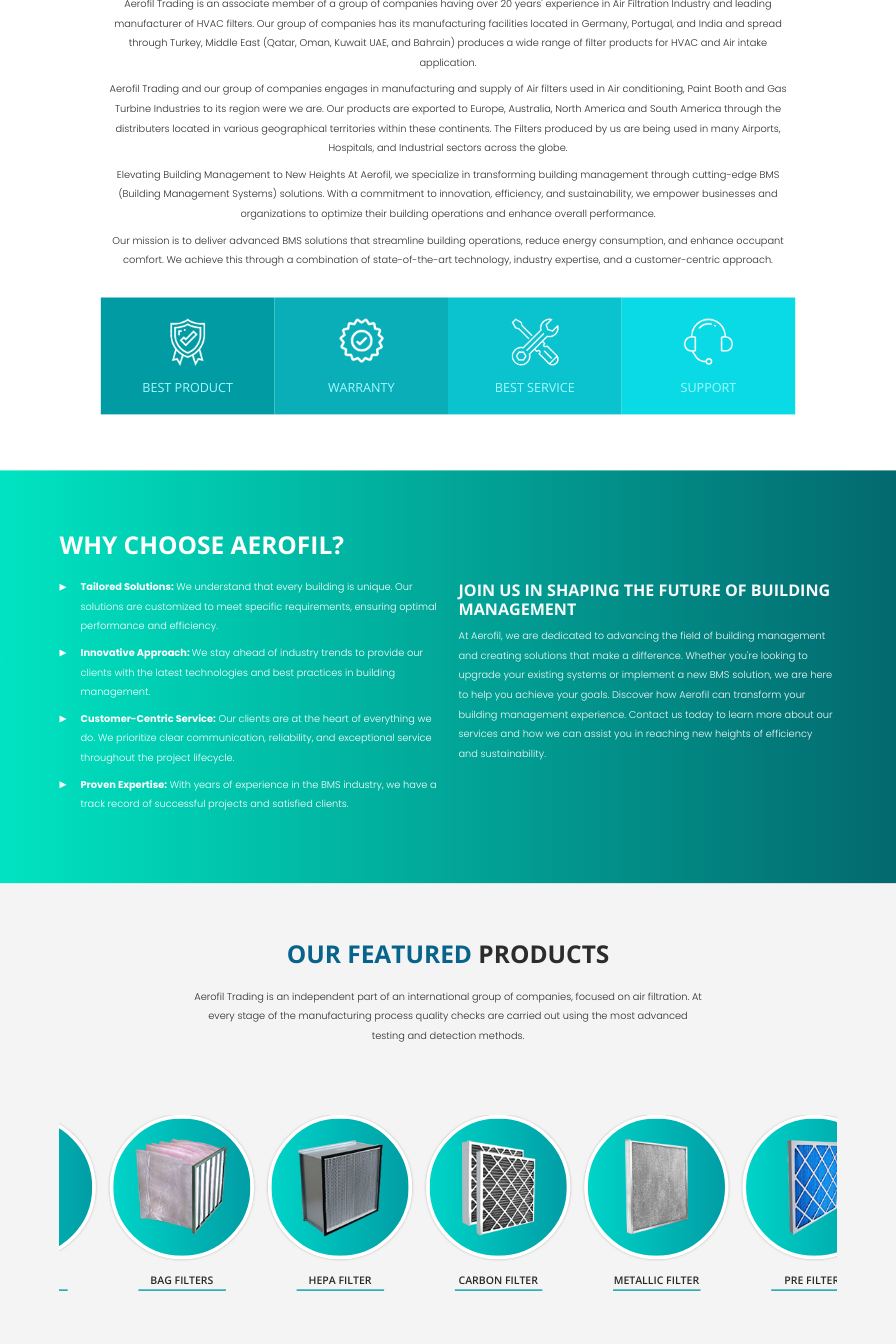
Repository: aslamvrtly/aerofil
Page: index.html
An editor plug-in stored every save of this project. The page is shown before and after a run of saves, followed by the edit.
The browser window is 1280 px wide. The pictures show the part of the page from y = 870 to 2790 px (the page is 5238 px tall), at 70% of full size.

Above is the page before, as saved 2024-09-04 21:10:44.

After the next 2 saves:
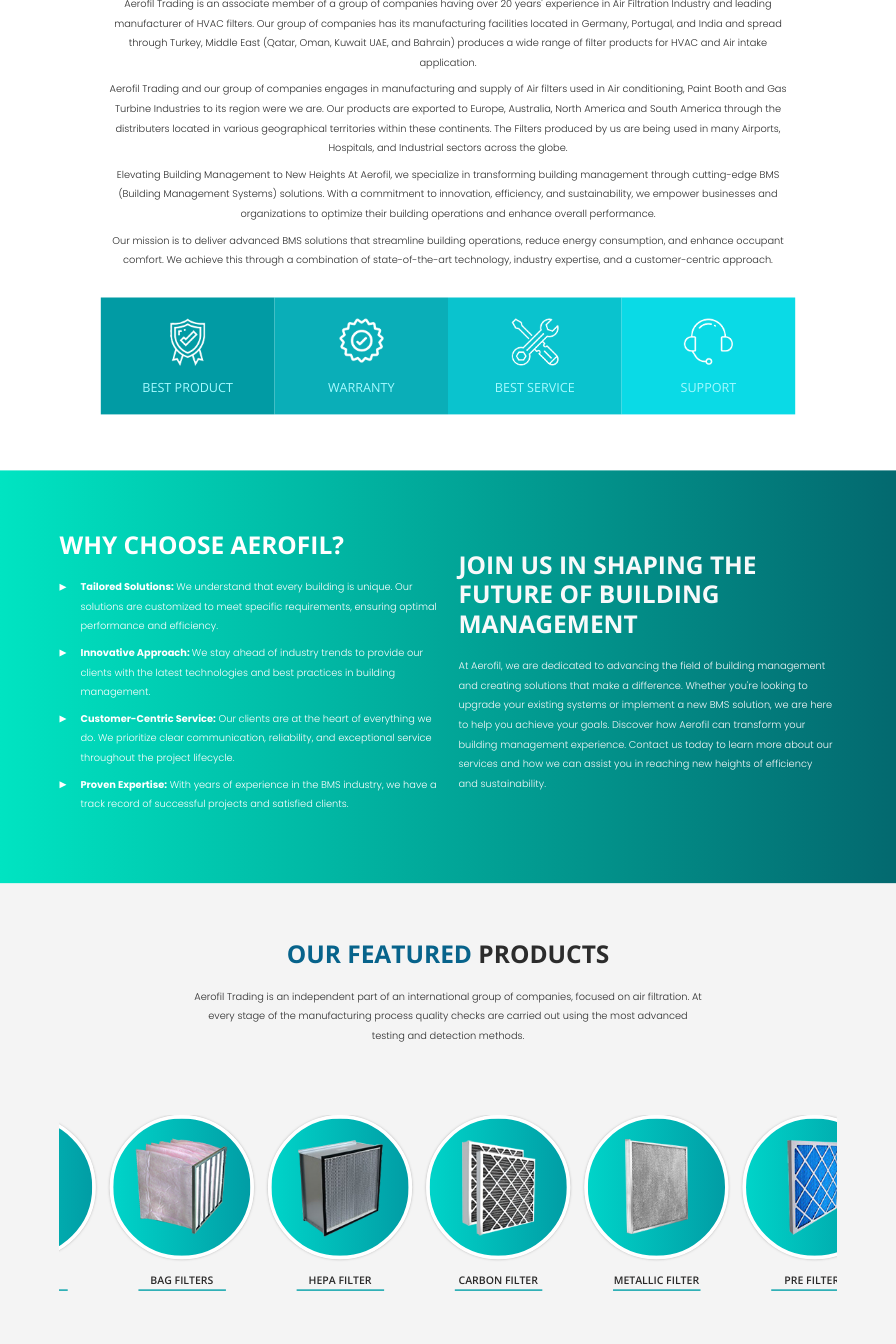
The 2 saves are shown as one change because they came seconds apart.
The last was saved 9 s later.
--- a/index.html
+++ b/index.html
@@ -255,7 +255,7 @@
 					</ul>
 				</div>
 				<div class="col-md-6">
-					<h3 class="font-weight-bold text-light text-uppercase">Join Us in Shaping the Future of Building Management</h3>
+					<h2 class="font-weight-bold text-light text-uppercase">Join Us in Shaping the Future of Building Management</h2>
 					<p class="text-light">
 					At Aerofil, we are dedicated to advancing the field of building management and creating solutions
 					that make a difference. Whether you're looking to upgrade your existing systems or implement a new
